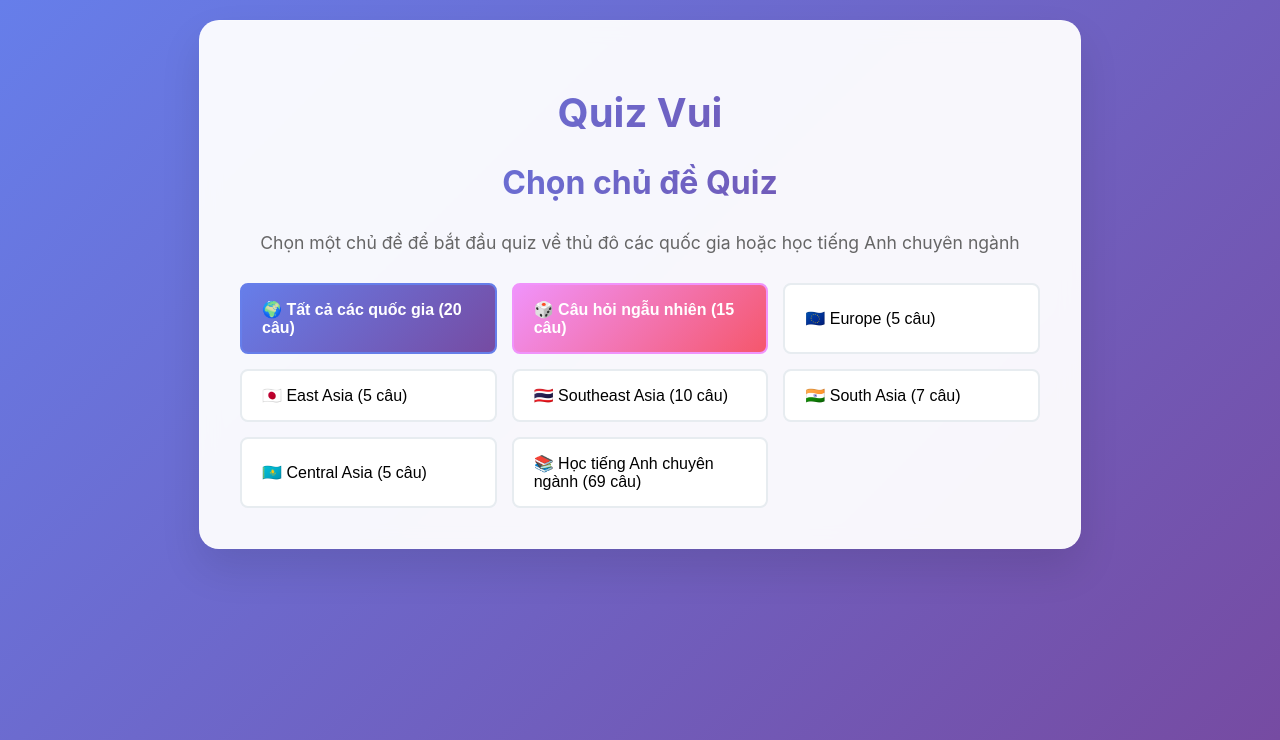
Repository: HuynhPPP/Quiz_App
Page: /
The author's editor kept a copy of each file at every save. The page is drawn from the files as they stood at one save, then again after a run of saves.
The browser window is 1280 px wide. The pictures show the whole page.
The project was rebuilt for these pictures with package versions that can differ from the ones it lists, and the page was loaded fresh each time. Also part of the build but not shown: vite.config.js, src/components/Resutl.jsx, src/components/Review.jsx.

Above is the page before, as saved 2025-09-27 14:52:05.

### index.html
<!doctype html>
<html lang="en">
  <head>
    <meta charset="UTF-8" />
    <link rel="icon" type="image/svg+xml" href="/vite.svg" />
    <meta name="viewport" content="width=device-width, initial-scale=1.0" />
    <title>Quiz Vui</title>
  </head>
  <body>
    <div id="root"></div>
    <script type="module" src="/src/main.jsx"></script>
  </body>
</html>

### src/index.css
/* Global reset and styling */
body {
  margin: 0;
  padding: 0;
  font-family: "Inter", "Segoe UI", Tahoma, Geneva, Verdana, sans-serif;
  background: linear-gradient(135deg, #667eea 0%, #764ba2 100%);
  color: #333;
  min-height: 100vh;
}

/* Container styling for the app */
.container {
  max-width: 800px;
  margin: 20px auto;
  background: rgba(255, 255, 255, 0.95);
  padding: 40px;
  border-radius: 20px;
  box-shadow: 0 20px 40px rgba(0, 0, 0, 0.1);
  backdrop-filter: blur(10px);
  border: 1px solid rgba(255, 255, 255, 0.2);
}

/* Header styling */
h1,
h2 {
  text-align: center;
  margin-bottom: 30px;
  background: linear-gradient(135deg, #667eea, #764ba2);
  -webkit-background-clip: text;
  -webkit-text-fill-color: transparent;
  background-clip: text;
  font-weight: 700;
}

h1 {
  font-size: 2.5em;
  margin-bottom: 10px;
}

h2 {
  font-size: 2em;
}

/* Styling the question text */
.question {
  font-size: 1.4em;
  margin-bottom: 30px;
  font-weight: 600;
  color: #2d3748;
  line-height: 1.6;
  text-align: center;
  padding: 20px;
  background: linear-gradient(135deg, #f7fafc, #edf2f7);
  border-radius: 15px;
  border-left: 5px solid #667eea;
}

/* Option button styling */
.option {
  display: block;
  width: 100%;
  padding: 20px 25px;
  margin: 15px 0;
  border: 3px solid transparent;
  border-radius: 15px;
  background: linear-gradient(135deg, #ffffff, #f8f9fa);
  cursor: pointer;
  text-align: left;
  transition: all 0.3s cubic-bezier(0.4, 0, 0.2, 1);
  font-size: 1.1em;
  font-weight: 500;
  color: #2d3748;
  box-shadow: 0 4px 15px rgba(0, 0, 0, 0.05);
  position: relative;
  overflow: hidden;
}

.option::before {
  content: '';
  position: absolute;
  top: 0;
  left: -100%;
  width: 100%;
  height: 100%;
  background: linear-gradient(90deg, transparent, rgba(255, 255, 255, 0.4), transparent);
  transition: left 0.5s;
}

.option:hover::before {
  left: 100%;
}

.option:hover {
  transform: translateY(-3px);
  box-shadow: 0 8px 25px rgba(102, 126, 234, 0.15);
  border-color: #667eea;
  background: linear-gradient(135deg, #f8f9ff, #ffffff);
}

.option.selected {
  background: linear-gradient(135deg, #667eea, #764ba2);
  border-color: #667eea;
  color: white;
  transform: translateY(-2px);
  box-shadow: 0 8px 25px rgba(102, 126, 234, 0.3);
}

.option.selected::before {
  background: linear-gradient(90deg, transparent, rgba(255, 255, 255, 0.2), transparent);
}

/* Navigation button styles */
.nav-buttons {
  display: flex;
  justify-content: space-between;
  margin-top: 40px;
  gap: 20px;
}

.nav-buttons button {
  padding: 15px 30px;
  border: none;
  background: linear-gradient(135deg, #667eea, #764ba2);
  color: white;
  border-radius: 12px;
  cursor: pointer;
  font-size: 1.1em;
  font-weight: 600;
  transition: all 0.3s cubic-bezier(0.4, 0, 0.2, 1);
  box-shadow: 0 4px 15px rgba(102, 126, 234, 0.3);
  position: relative;
  overflow: hidden;
}

.nav-buttons button::before {
  content: '';
  position: absolute;
  top: 0;
  left: -100%;
  width: 100%;
  height: 100%;
  background: linear-gradient(90deg, transparent, rgba(255, 255, 255, 0.2), transparent);
  transition: left 0.5s;
}

.nav-buttons button:hover::before {
  left: 100%;
}

.nav-buttons button:hover {
  transform: translateY(-2px);
  box-shadow: 0 8px 25px rgba(102, 126, 234, 0.4);
}

.nav-buttons button:disabled {
  background: linear-gradient(135deg, #a0aec0, #cbd5e0);
  cursor: not-allowed;
  transform: none;
  box-shadow: 0 2px 8px rgba(0, 0, 0, 0.1);
}

.nav-buttons button:disabled::before {
  display: none;
}

.result-button {
  display: block;
  padding: 10px 20px;
  border: none;
  background: oklch(55.4% 0.046 257.417);
  color: white;
  border-radius: 6px;
  cursor: pointer;
  font-size: 1em;
  transition: background 0.3s;
}

.result-button:hover {
  background: #1e88e5;
}

/* Score display styling */
.score {
  font-size: 1.4em;
  text-align: center;
  margin: 20px 0;
}

.correct-answer {
  color: oklch(70.4% 0.14 182.503);
}

.incorrect-answer {
  color: oklch(64.5% 0.246 16.439);
}

p.result {
  text-align: center;
  margin: 40px;
}

.resultButtonsContainer {
  display: flex;
  justify-content: center;
  gap: 20px;
}

/* Review component styles */
.review-question {
  margin-bottom: 30px;
}

.review-options {
  margin: 20px 0;
}

.review-options .option {
  position: relative;
  cursor: default;
}

.review-options .option:hover {
  background: #e7ecf0;
}

.review-options .correct-user-answer {
  background: #d4edda;
  border: 2px solid #28a745;
  color: #155724;
}

.review-options .incorrect-user-answer {
  background: #f8d7da;
  border: 2px solid #dc3545;
  color: #721c24;
}

.review-options .correct-answer {
  background: #d1ecf1;
  border: 2px solid #17a2b8;
  color: #0c5460;
}

.answer-label {
  font-weight: bold;
  font-size: 0.9em;
}

.answer-status {
  margin: 20px 0;
  padding: 15px;
  border-radius: 6px;
  background: #f8f9fa;
}

.answer-status .correct-answer {
  color: #28a745;
  font-weight: bold;
}

.answer-status .incorrect-answer {
  color: #dc3545;
  font-weight: bold;
}

.answer-status .no-answer {
  color: #ffc107;
  font-weight: bold;
}

.review-buttons {
  display: flex;
  justify-content: center;
  gap: 20px;
  margin-top: 30px;
}

/* Quiz Selector styles */
.quiz-description {
  text-align: center;
  margin-bottom: 30px;
  color: #666;
  font-size: 1.1em;
}

.quiz-categories {
  display: grid;
  grid-template-columns: repeat(auto-fit, minmax(250px, 1fr));
  gap: 15px;
  margin-top: 20px;
}

.category-button {
  padding: 15px 20px;
  border: 2px solid #e7ecf0;
  border-radius: 8px;
  background: #fff;
  cursor: pointer;
  font-size: 1em;
  transition: all 0.3s;
  text-align: left;
}

.category-button:hover {
  border-color: #42a5f5;
  background: #f8f9fa;
  transform: translateY(-2px);
  box-shadow: 0 4px 12px rgba(66, 165, 245, 0.15);
}

.category-button.all-questions {
  background: linear-gradient(135deg, #667eea 0%, #764ba2 100%);
  color: white;
  border-color: #667eea;
  font-weight: bold;
}

.category-button.all-questions:hover {
  background: linear-gradient(135deg, #5a6fd8 0%, #6a4190 100%);
  transform: translateY(-2px);
}

.category-button.random {
  background: linear-gradient(135deg, #f093fb 0%, #f5576c 100%);
  color: white;
  border-color: #f093fb;
  font-weight: bold;
}

.category-button.random:hover {
  background: linear-gradient(135deg, #ee82f0 0%, #f3455a 100%);
  transform: translateY(-2px);
}

/* Dark Theme Styles */
.dark-theme {
  background: #1a1a1a;
  color: #e0e0e0;
}

.dark-theme .container {
  background: #2d2d2d;
  color: #e0e0e0;
  box-shadow: 0 4px 12px rgba(0, 0, 0, 0.3);
}

.dark-theme .option {
  background: #3d3d3d;
  color: #e0e0e0;
  border-color: #555;
}

.dark-theme .option:hover {
  background: #4d4d4d;
}

.dark-theme .option.selected {
  background: #1e3a8a;
  border-color: #3b82f6;
  color: #e0e0e0;
}

.dark-theme .nav-buttons button {
  background: #3b82f6;
}

.dark-theme .nav-buttons button:hover {
  background: #2563eb;
}

.dark-theme .result-button {
  background: #3b82f6;
}

.dark-theme .result-button:hover {
  background: #2563eb;
}

/* Theme Toggle */
.theme-toggle {
  position: fixed;
  top: 20px;
  right: 20px;
  z-index: 1000;
}

.theme-toggle-btn {
  width: 50px;
  height: 50px;
  border-radius: 50%;
  border: 2px solid #e0e0e0;
  background: #fff;
  cursor: pointer;
  font-size: 20px;
  display: flex;
  align-items: center;
  justify-content: center;
  transition: all 0.3s;
  box-shadow: 0 2px 8px rgba(0, 0, 0, 0.1);
}

.theme-toggle-btn:hover {
  transform: scale(1.1);
  box-shadow: 0 4px 12px rgba(0, 0, 0, 0.2);
}

.dark-theme .theme-toggle-btn {
  background: #2d2d2d;
  border-color: #555;
  color: #e0e0e0;
}

/* Timer Styles */
.timer-container {
  display: flex;
  flex-direction: column;
  align-items: center;
  margin-bottom: 20px;
}

.timer-header {
  display: flex;
  align-items: center;
  gap: 10px;
  margin-bottom: 15px;
}

.game-mode-icon {
  font-size: 24px;
}

.game-mode-name {
  font-size: 18px;
  font-weight: bold;
}

.timer-display {
  position: relative;
}

.timer-circle {
  position: relative;
  width: 120px;
  height: 120px;
}

.timer-svg {
  width: 100%;
  height: 100%;
  transform: rotate(-90deg);
}

.timer-progress {
  transition: stroke-dashoffset 0.3s ease;
}

.timer-progress.active {
  animation: pulse 1s infinite;
}

@keyframes pulse {
  0%, 100% { opacity: 1; }
  50% { opacity: 0.7; }
}

.timer-text {
  position: absolute;
  top: 50%;
  left: 50%;
  transform: translate(-50%, -50%);
  text-align: center;
}

.time-number {
  display: block;
  font-size: 24px;
  font-weight: bold;
  color: #333;
}

.time-label {
  display: block;
  font-size: 12px;
  color: #666;
}

.dark-theme .time-number {
  color: #e0e0e0;
}

.dark-theme .time-label {
  color: #999;
}

/* Streak Display */
.streak-container {
  display: flex;
  flex-direction: column;
  align-items: center;
  padding: 15px;
  background: linear-gradient(135deg, #ff6b6b, #ffa500);
  border-radius: 15px;
  color: white;
  min-width: 200px;
}

.streak-main {
  display: flex;
  align-items: center;
  gap: 15px;
  margin-bottom: 10px;
}

.streak-fire {
  font-size: 32px;
  animation: flame 1s infinite alternate;
}

@keyframes flame {
  0% { transform: scale(1); }
  100% { transform: scale(1.1); }
}

.streak-info {
  text-align: center;
}

.streak-number {
  font-size: 28px;
  font-weight: bold;
  display: block;
}

.streak-message {
  font-size: 14px;
  opacity: 0.9;
}

.streak-stats {
  display: flex;
  gap: 20px;
  font-size: 12px;
}

.stat-item {
  display: flex;
  flex-direction: column;
  align-items: center;
}

.stat-label {
  opacity: 0.8;
}

.stat-value {
  font-weight: bold;
  font-size: 16px;
}

/* Quiz Header Layout */
.quiz-header {
  display: flex;
  justify-content: space-between;
  align-items: center;
  margin-bottom: 40px;
  gap: 20px;
  padding: 20px;
  background: linear-gradient(135deg, rgba(102, 126, 234, 0.1), rgba(118, 75, 162, 0.1));
  border-radius: 15px;
  border: 1px solid rgba(102, 126, 234, 0.2);
}

.quiz-content {
  flex: 1;
}

.quiz-header h2 {
  margin: 0;
  font-size: 1.8em;
  background: linear-gradient(135deg, #667eea, #764ba2);
  -webkit-background-clip: text;
  -webkit-text-fill-color: transparent;
  background-clip: text;
}

/* Game Modes Section */
.game-modes-section {
  margin-bottom: 30px;
}

.game-modes-section h3 {
  text-align: center;
  margin-bottom: 20px;
  color: #333;
}

.game-modes {
  display: grid;
  grid-template-columns: repeat(auto-fit, minmax(200px, 1fr));
  gap: 15px;
  margin-bottom: 20px;
}

.game-mode-card {
  display: flex;
  align-items: center;
  gap: 15px;
  padding: 15px;
  background: #f8f9fa;
  border-radius: 10px;
  border: 2px solid #e9ecef;
}

.mode-icon {
  font-size: 24px;
}

.mode-info h4 {
  margin: 0 0 5px 0;
  color: #333;
}

.mode-info p {
  margin: 0;
  font-size: 12px;
  color: #666;
}

.dark-theme .game-mode-card {
  background: #3d3d3d;
  border-color: #555;
}

.dark-theme .mode-info h4 {
  color: #e0e0e0;
}

.dark-theme .mode-info p {
  color: #999;
}

/* Quiz Categories Section */
.quiz-categories-section {
  margin-bottom: 30px;
}

.quiz-categories-section h3 {
  text-align: center;
  margin-bottom: 20px;
  color: #333;
}

.dark-theme .quiz-categories-section h3 {
  color: #e0e0e0;
}

/* Quick Start Section */
.quick-start-section {
  margin-bottom: 30px;
}

.quick-start-section h3 {
  text-align: center;
  margin-bottom: 20px;
  color: #333;
}

.quick-start-buttons {
  display: flex;
  justify-content: center;
  gap: 15px;
  flex-wrap: wrap;
}

.quick-start-btn {
  padding: 12px 20px;
  border: none;
  border-radius: 8px;
  cursor: pointer;
  font-size: 14px;
  font-weight: bold;
  transition: all 0.3s;
  color: white;
}

.quick-start-btn.time-attack {
  background: linear-gradient(135deg, #ff6b6b, #ee5a24);
}

.quick-start-btn.blitz {
  background: linear-gradient(135deg, #feca57, #ff9ff3);
}

.quick-start-btn.survival {
  background: linear-gradient(135deg, #2c2c54, #40407a);
}

.quick-start-btn:hover {
  transform: translateY(-2px);
  box-shadow: 0 4px 12px rgba(0, 0, 0, 0.2);
}

.dark-theme .quick-start-section h3 {
  color: #e0e0e0;
}

/* Back to Selector Button */
.back-to-selector-btn {
  padding: 12px 20px;
  background: linear-gradient(135deg, #6c757d, #5a6268);
  color: white;
  border: none;
  border-radius: 10px;
  cursor: pointer;
  font-size: 14px;
  font-weight: 600;
  transition: all 0.3s cubic-bezier(0.4, 0, 0.2, 1);
  display: flex;
  align-items: center;
  gap: 8px;
  box-shadow: 0 4px 15px rgba(108, 117, 125, 0.3);
  position: relative;
  overflow: hidden;
}

.back-to-selector-btn::before {
  content: '';
  position: absolute;
  top: 0;
  left: -100%;
  width: 100%;
  height: 100%;
  background: linear-gradient(90deg, transparent, rgba(255, 255, 255, 0.2), transparent);
  transition: left 0.5s;
}

.back-to-selector-btn:hover::before {
  left: 100%;
}

.back-to-selector-btn:hover {
  background: linear-gradient(135deg, #5a6268, #495057);
  transform: translateY(-2px);
  box-shadow: 0 8px 25px rgba(108, 117, 125, 0.4);
}

.dark-theme .back-to-selector-btn {
  background: linear-gradient(135deg, #495057, #343a40);
}

.dark-theme .back-to-selector-btn:hover {
  background: linear-gradient(135deg, #343a40, #212529);
}

### src/App.jsx
import Quiz from "./components/Quiz"

function App() {
  return (
    <div className="container">
      <h1>Quiz Vui</h1>
      <Quiz />

    </div>
  )
}

export default App

### src/components/QuizSelector.jsx
import React from 'react'
import { getAllCategories, getQuestionsByCategory, getRandomQuestions } from '../data/index'

const QuizSelector = ({ onStartQuiz }) => {
    const categories = getAllCategories();

    const handleCategorySelect = (category) => {
        const questions = getQuestionsByCategory(category);
        onStartQuiz(questions);
    };

    const handleRandomQuiz = () => {
        const questions = getRandomQuestions(15);
        onStartQuiz(questions);
    };

    const handleAllQuestions = () => {
        const questions = getRandomQuestions(20);
        onStartQuiz(questions);
    };

    return (
        <div>
            <h2>Chọn chủ đề Quiz</h2>
            <p className="quiz-description">
                Chọn một chủ đề để bắt đầu quiz về thủ đô các quốc gia hoặc học tiếng Anh chuyên ngành
            </p>

            <div className="quiz-categories">
                <button
                    className="category-button all-questions"
                    onClick={handleAllQuestions}
                >
                    🌍 Tất cả các quốc gia (20 câu)
                </button>

                <button
                    className="category-button random"
                    onClick={handleRandomQuiz}
                >
                    🎲 Câu hỏi ngẫu nhiên (15 câu)
                </button>

                {categories.map((category, index) => {
                    const questionCount = getQuestionsByCategory(category).length;
                    const categoryEmojis = {
                        'Europe': '🇪🇺',
                        'East Asia': '🇯🇵',
                        'Southeast Asia': '🇹🇭',
                        'South Asia': '🇮🇳',
                        'Central Asia': '🇰🇿',
                        'Học tiếng Anh chuyên ngành': '📚'
                    };

                    return (
                        <button
                            key={index}
                            className="category-button"
                            onClick={() => handleCategorySelect(category)}
                        >
                            {categoryEmojis[category] || '🌏'} {category} ({questionCount} câu)
                        </button>
                    );
                })}
            </div>
        </div>
    );
};

export default QuizSelector;

Loaded but not shown: src/main.jsx (common file); src/data/itVocabularyData.js (417 lines, source omitted); src/data/capitalsData.js (204 lines, source omitted); src/data/index.js (29 lines, source omitted); src/components/Quiz.jsx (175 lines, source omitted)

After the next 2 saves:
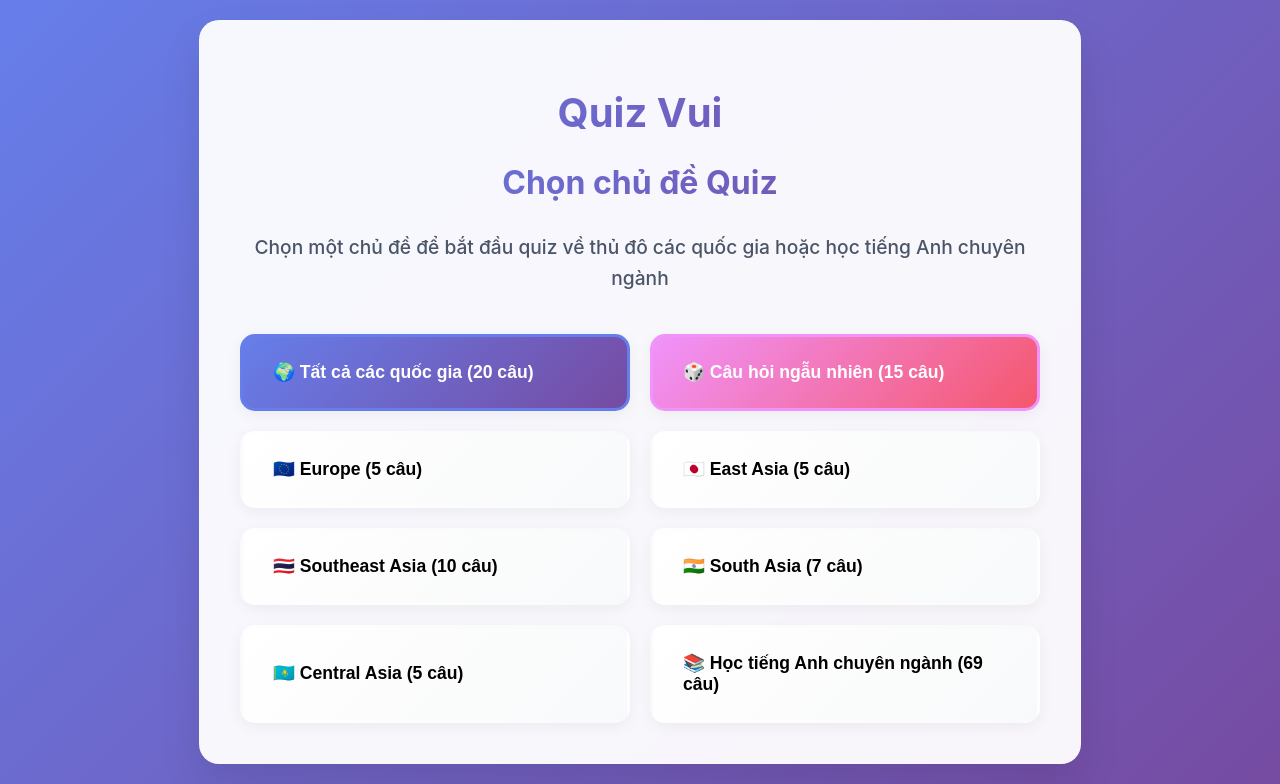
The 2 saves are shown as one change because they came seconds apart.
The last was saved 11 s later.
--- a/src/index.css
+++ b/src/index.css
@@ -187,11 +187,40 @@ h2 {
 }
 
 .correct-answer {
-  color: oklch(70.4% 0.14 182.503);
+  color: #10b981;
+  font-weight: 600;
+  font-size: 1.1em;
+  text-align: center;
+  padding: 15px;
+  background: linear-gradient(135deg, #d1fae5, #a7f3d0);
+  border-radius: 10px;
+  border-left: 5px solid #10b981;
+  margin: 20px 0;
+  animation: slideIn 0.3s ease-out;
 }
 
 .incorrect-answer {
-  color: oklch(64.5% 0.246 16.439);
+  color: #ef4444;
+  font-weight: 600;
+  font-size: 1.1em;
+  text-align: center;
+  padding: 15px;
+  background: linear-gradient(135deg, #fee2e2, #fecaca);
+  border-radius: 10px;
+  border-left: 5px solid #ef4444;
+  margin: 20px 0;
+  animation: slideIn 0.3s ease-out;
+}
+
+@keyframes slideIn {
+  from {
+    opacity: 0;
+    transform: translateY(-10px);
+  }
+  to {
+    opacity: 1;
+    transform: translateY(0);
+  }
 }
 
 p.result {
@@ -278,34 +307,55 @@ p.result {
 /* Quiz Selector styles */
 .quiz-description {
   text-align: center;
-  margin-bottom: 30px;
-  color: #666;
-  font-size: 1.1em;
+  margin-bottom: 40px;
+  color: #4a5568;
+  font-size: 1.2em;
+  font-weight: 500;
+  line-height: 1.6;
 }
 
 .quiz-categories {
   display: grid;
-  grid-template-columns: repeat(auto-fit, minmax(250px, 1fr));
-  gap: 15px;
-  margin-top: 20px;
+  grid-template-columns: repeat(auto-fit, minmax(300px, 1fr));
+  gap: 20px;
+  margin-top: 30px;
 }
 
 .category-button {
-  padding: 15px 20px;
-  border: 2px solid #e7ecf0;
-  border-radius: 8px;
-  background: #fff;
+  padding: 25px 30px;
+  border: 3px solid transparent;
+  border-radius: 15px;
+  background: linear-gradient(135deg, #ffffff, #f8f9fa);
   cursor: pointer;
-  font-size: 1em;
-  transition: all 0.3s;
+  font-size: 1.1em;
+  font-weight: 600;
+  transition: all 0.3s cubic-bezier(0.4, 0, 0.2, 1);
   text-align: left;
+  box-shadow: 0 4px 15px rgba(0, 0, 0, 0.05);
+  position: relative;
+  overflow: hidden;
+}
+
+.category-button::before {
+  content: '';
+  position: absolute;
+  top: 0;
+  left: -100%;
+  width: 100%;
+  height: 100%;
+  background: linear-gradient(90deg, transparent, rgba(102, 126, 234, 0.1), transparent);
+  transition: left 0.5s;
+}
+
+.category-button:hover::before {
+  left: 100%;
 }
 
 .category-button:hover {
-  border-color: #42a5f5;
-  background: #f8f9fa;
-  transform: translateY(-2px);
-  box-shadow: 0 4px 12px rgba(66, 165, 245, 0.15);
+  border-color: #667eea;
+  background: linear-gradient(135deg, #f8f9ff, #ffffff);
+  transform: translateY(-5px);
+  box-shadow: 0 15px 35px rgba(102, 126, 234, 0.2);
 }
 
 .category-button.all-questions {
@@ -317,7 +367,8 @@ p.result {
 
 .category-button.all-questions:hover {
   background: linear-gradient(135deg, #5a6fd8 0%, #6a4190 100%);
-  transform: translateY(-2px);
+  transform: translateY(-5px);
+  box-shadow: 0 15px 35px rgba(102, 126, 234, 0.4);
 }
 
 .category-button.random {
@@ -329,7 +380,8 @@ p.result {
 
 .category-button.random:hover {
   background: linear-gradient(135deg, #ee82f0 0%, #f3455a 100%);
-  transform: translateY(-2px);
+  transform: translateY(-5px);
+  box-shadow: 0 15px 35px rgba(240, 147, 251, 0.4);
 }
 
 /* Dark Theme Styles */
